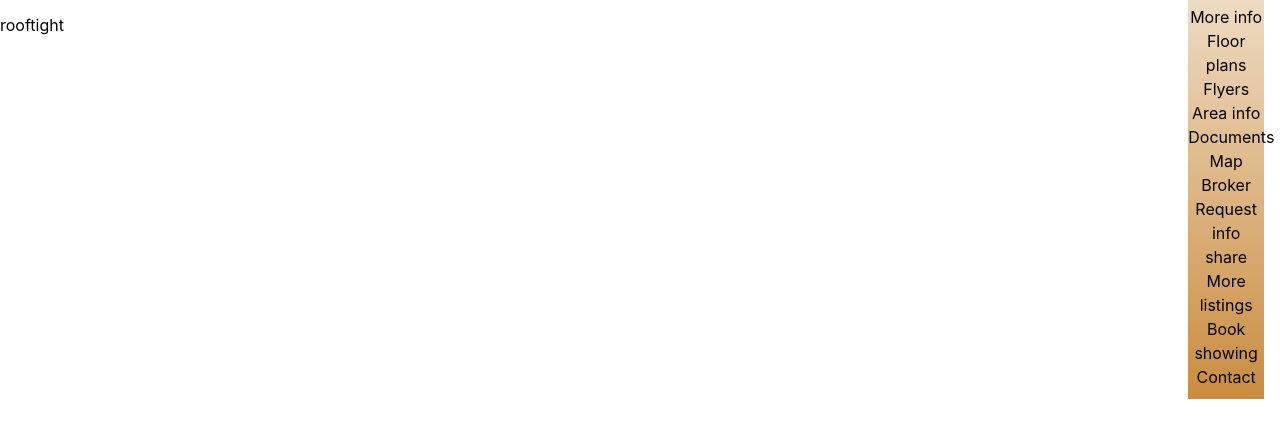
Repository: TMuse333/real-estate-landingpage
Page: /
An editor plug-in stored every save of this project. The page is shown before and after the next save, followed by the edit.
The browser window is 1280 px wide. The pictures show the whole page.
The project was rebuilt for these pictures with package versions that can differ from the ones it lists, and the page was loaded fresh each time. Also part of the build but not shown: vite.config.js.

Above is the page before, as saved 2023-09-19 16:06:05.

### src/App.jsx
import { useState } from 'react'

import './App.css'

import Navbar from './components/navbar'

function App() {


  return (
    <>
    <Navbar/>
    </>
  )
}

export default App

### src/App.css
.header-container{
  display: flex;
  justify-content: space-between;
  align-items: center;
  width: 100vw;
  position: fixed;
  top: 0px;
  background: linear-gradient(to right, #ffffff, #ffffff);
  height: 50px;
  z-index: 10000;
  color:black;

 }

 .nav-list{

  list-style: none;
padding: 0;
  padding-bottom: 10px; /* Remove any default padding */
  margin: 0;
  transform: translate(15px,60px);
  width: 55%;
  background: linear-gradient( #ffffff, #ca8c3f);
}

.list-container {
  position: relative;
  display: flex;
  flex-direction: column;
  align-items: center; /* Vertically center-align the items */
  text-align: center;
  color: black; /* Horizontally center-align the text within li elements */
}

.nav-button{
  margin-right: 20px;
  transform: translate(1rem,3.5rem);
  background-color: transparent;
  color: black;
}

### src/components/navbar.jsx
import React, { useState,useEffect } from 'react';




const Navbar = () => {
  const [subMenuVisible, setSubMenuVisible] = useState(false);

  const toggleSubMenu = () => {
    setSubMenuVisible(!subMenuVisible);
  };

  const scrollToSection = (sectionId) => {

    const element = document.getElementById(sectionId);
    if (element) {

      element.scrollIntoView({
        behavior: 'smooth', // Smooth scrolling
        block: 'start',    // Scroll to the top of the element
      });
    }
  }

  useEffect(() => {
    // Function to update sub-menu visibility when the screen width changes
    const handleResize = () => {
      const screenWidth = window.innerWidth;
      setSubMenuVisible(screenWidth >= 415); // Set subMenuVisible to true if screen width is at least 415 pixels
    };

    // Add a resize event listener to update the sub-menu visibility
    window.addEventListener('resize', handleResize);

    // Initial call to set sub-menu visibility based on current screen width
    handleResize();

    // Clean up the event listener when the component unmounts
    return () => {
      window.removeEventListener('resize', handleResize);
    };
  }, []);

  const style = {

    opacity: subMenuVisible ? 1 : 0
    ,

  };

  return (
    <div className='header-container'>
      <div className='logo'>rooftight</div>
      <div className='list-container'>
        <button onClick={toggleSubMenu} className='nav-button'>
          press me
        </button>
        <ul style={style} className='nav-list'>

          <li onClick={()=>scrollToSection('about')}>Home</li>

          <li onClick={()=>scrollToSection('description')}>Description</li>

          <li onClick={()=>scrollToSection('price')}>price and features</li>


          <li onClick={()=>scrollToSection('skills')}>Amenities</li>

          <li onClick={()=>scrollToSection('skills')}>Photo gallery</li>

          <li onClick={()=>scrollToSection('skills')}>Video</li>

          <li onClick={()=>scrollToSection('skills')}>More info</li>

          <li onClick={()=>scrollToSection('skills')}>Floor plans</li>

          <li onClick={()=>scrollToSection('skills')}>Flyers</li>

          <li onClick={()=>scrollToSection('skills')}>Area info</li>

          <li onClick={()=>scrollToSection('skills')}>Documents</li>

          <li onClick={()=>scrollToSection('skills')}>Map</li>

          <li onClick={()=>scrollToSection('skills')}>Broker</li>

          <li onClick={()=>scrollToSection('skills')}>Request info</li>

          <li onClick={()=>scrollToSection('skills')}>share</li>

          <li onClick={()=>scrollToSection('skills')}>More listings</li>

          <li onClick={()=>scrollToSection('skills')}>Book showing</li>



          <li onClick={()=>scrollToSection('contact')}> Contact</li>

        </ul>
      </div>
    </div>
  );
};

export default Navbar;

Loaded but not shown: index.html (common file); src/main.jsx (common file); src/index.css (common file)

After the next save:
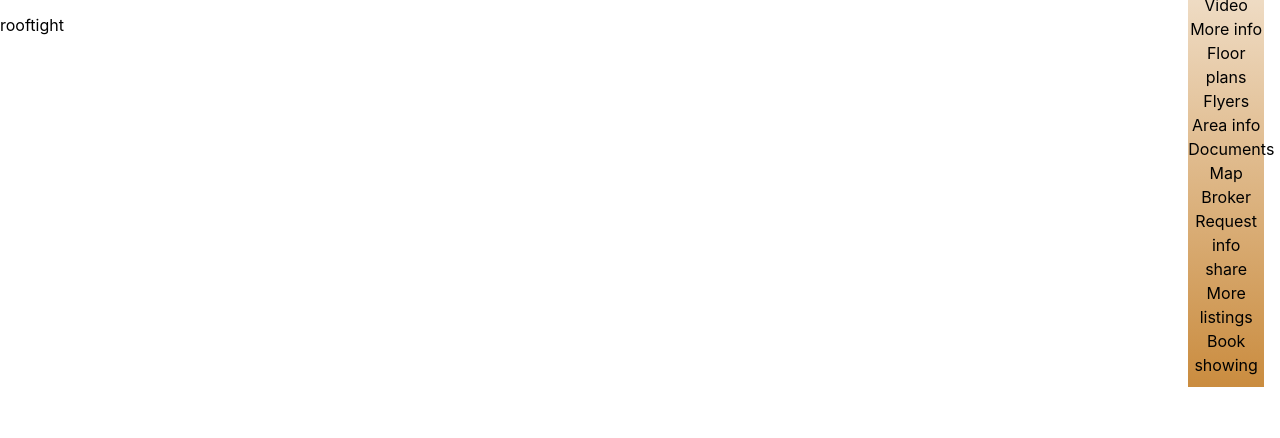
Saved 8 s later.
--- a/src/components/navbar.jsx
+++ b/src/components/navbar.jsx
@@ -94,7 +94,7 @@ const Navbar = () => {
 
 
 
-          <li onClick={()=>scrollToSection('contact')}> Contact</li>
+
 
         </ul>
       </div>
